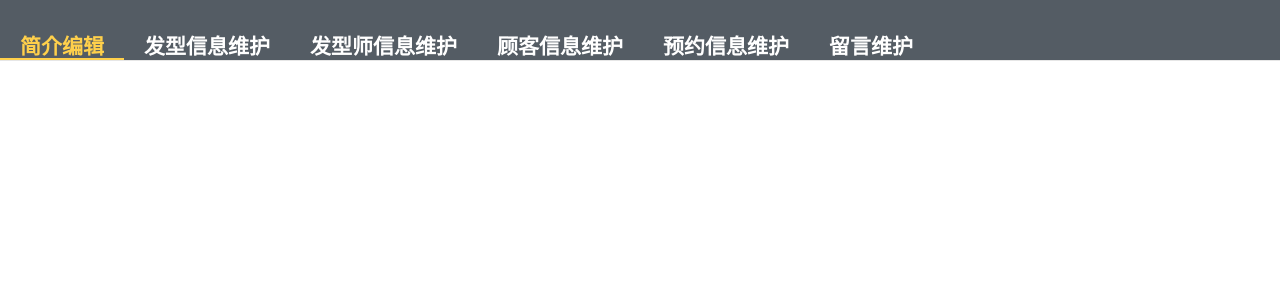
Repository: cjl0805/graduation-design-front
Page: /back/home
These files come from the project's save history. The page is drawn as it stood at one moment and after the next save; the edit follows.
The browser window is 1280 px wide. The pictures show the whole page.
The project was rebuilt for these pictures with package versions that can differ from the ones it lists, and the page was loaded fresh each time. Also part of the build but not shown: vue.config.js, src/components/RotationChart.vue, src/components/NavigationBar.vue, src/components/HairStylist.vue, src/components/HairStyle.vue, src/views/font/HairStyleView.vue, src/views/font/HairStylistView.vue, src/views/font/HomeView.vue and 17 more.

Above is the page before, as saved 2023-04-18 09:02:59.

After the next save:
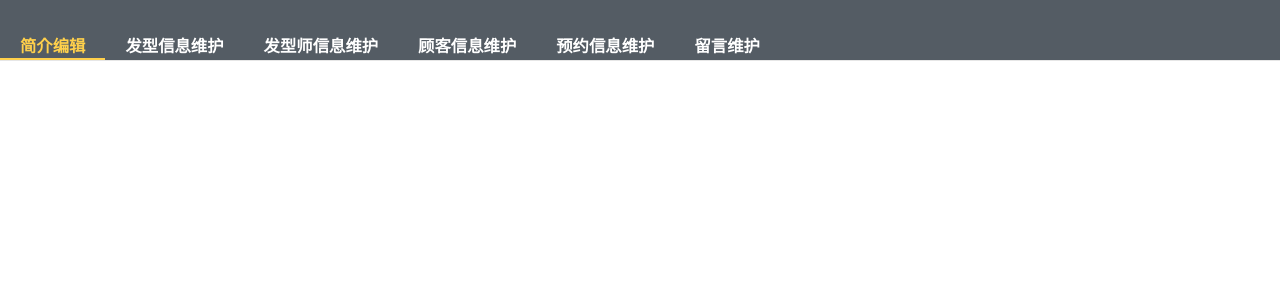
Saved 60 s later.
--- a/src/views/back/MainView.vue
+++ b/src/views/back/MainView.vue
@@ -10,22 +10,22 @@
         active-text-color="#ffd04b"
       >
         <el-menu-item index="1">
-          <h2>简介编辑</h2>
+          <h3>简介编辑</h3>
         </el-menu-item>
         <el-menu-item index="2">
-          <h2>发型信息维护</h2>
+          <h3>发型信息维护</h3>
         </el-menu-item>
         <el-menu-item index="3">
-          <h2>发型师信息维护</h2>
+          <h3>发型师信息维护</h3>
         </el-menu-item>
         <el-menu-item index="4">
-          <h2>顾客信息维护</h2>
+          <h3>顾客信息维护</h3>
         </el-menu-item>
         <el-menu-item index="5">
-          <h2>预约信息维护</h2>
+          <h3>预约信息维护</h3>
         </el-menu-item>
         <el-menu-item index="6">
-          <h2>留言维护</h2>
+          <h3>留言维护</h3>
         </el-menu-item>
       </el-menu>
     </div>
